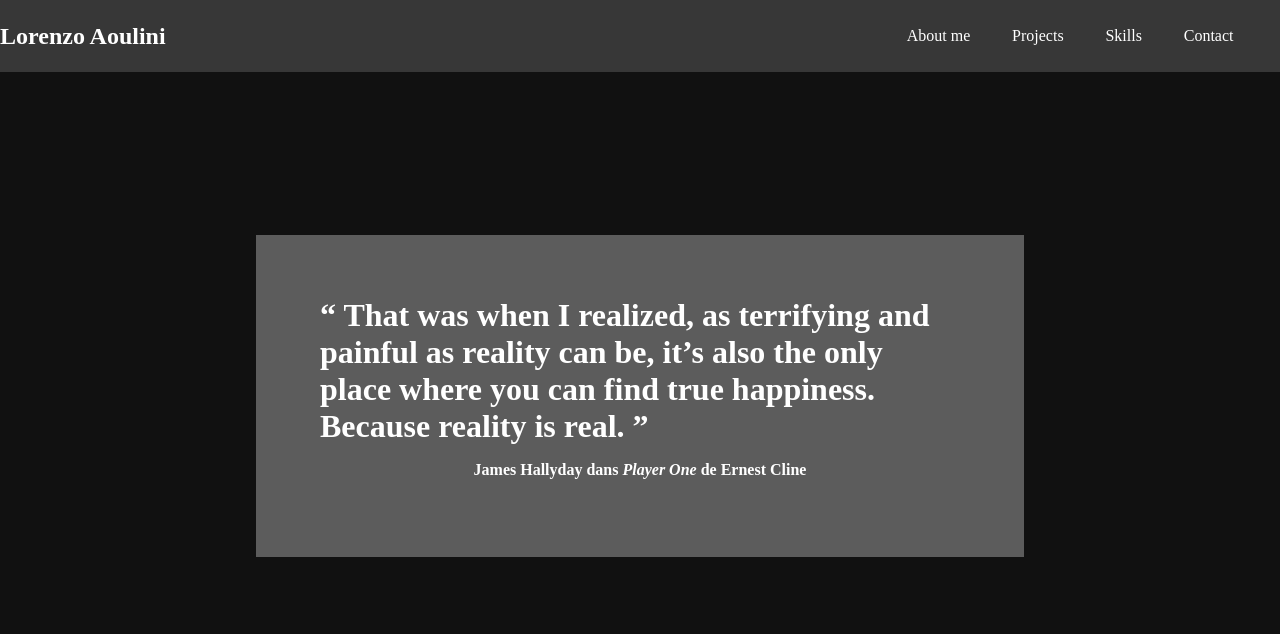
Repository: lolo298/lolo298.github.io
Page: index.html
These files come from the project's save history. The page is drawn as it stood at one moment and after the next save; the edit follows.
The browser window is 1280 px wide. The pictures show the whole page.

Above is the page before, as saved 2022-05-10 14:22:04.

### index.html
<!DOCTYPE html>
<html lang="en">

<head>
    <meta charset="UTF-8">
    <meta http-equiv="X-UA-Compatible" content="IE=edge">
    <meta name="viewport" content="width=device-width, initial-scale=1.0">
    <link rel="stylesheet" href="css/style.css">
    <script src="js/functions.js"></script>
    <title>Portfolio</title>
</head>

<body>
    <div class="main-container">
        <nav class="main-navbar">
            <h1>Lorenzo Aoulini</h1>
            <div class="main-navbar-list">
                <a class="main-navbar-item" href="#">
                    <div>Contact</div>
                </a>
                <a class="main-navbar-item" href="#">
                    <div>Skills</div>
                </a>
                <a class="main-navbar-item" href="#">
                    <div>Projects</div>
                </a>
                <a class="main-navbar-item" href="#">
                    <div>About me</div>
                </a>
            </div>

        </nav>
        <div class="landing">
            <div class="quote-container">
                <div class="quote-text">
                    <q>
                    That was when I realized, as terrifying and painful as reality can be, it’s also the only place where you can find true happiness. Because reality is real.
                </q>
                </div>
                <div class="author">
                    <span class="author-separation"></span>
                    <div class="author-content">
                        <p>
                            James Hallyday dans
                            <cite>Player One</cite> de Ernest Cline
                        </p>
                    </div>
                    <span class="author-separation"></span>
                </div>

            </div>
        </div>
    </div>

</body>

</html>

### css/style.css
    html {
        background-color: #111111;
    }

    body {
        padding: 0;
        margin: 0;
        width: 100vw;
        height: 100vh;
    }
    /*-------------------*/
    /* styling of navbar */
    /*-------------------*/

    .main-container {
        color: white;
        height: 100%;
        width: 100%;
    }

    .main-navbar {
        background-color: #373737;
        height: 10%;
        width: 100%;
        display: flex;
        justify-content: space-between;
        align-items: center;
    }

    .main-navbar>* {
        margin: 0;
    }

    .main-navbar>h1 {
        width: 20%;
    }

    .main-navbar-list {
        width: 100%;
        display: flex;
        flex-direction: row-reverse;
        align-items: center;
        list-style: none;
        margin-right: 2%;
        height: 100%;
    }

    .main-navbar-item {
        display: flex;
        align-items: center;
        justify-content: center;
        text-decoration: none;
        color: white;
        width: max-content;
        height: 100%;
        padding: 0% 2% 0% 2%;
    }

    .main-navbar-item:hover {
        background-color: #6A6A6A;
    }

    .main-navbar-item>div {
        width: max-content;
    }
    /*-------------------------*/
    /* styling of landing page */
    /*-------------------------*/

    .landing {
        height: 90%;
        width: 100%;
        display: flex;
        justify-content: center;
        align-items: center;
    }
    /*------------------*/
    /* styling of quote */
    /*------------------*/

    .quote-container {
        width: 50%;
        height: 30%;
        padding: 5%;
        margin: auto;
        display: flex;
        justify-content: center;
        align-items: center;
        flex-direction: column;
        background-color: rgba(196, 196, 196, 0.42);
    }

    .quote-text {
        font-size: 2em;
        font-weight: bold;
    }

    .author-content {
        font-size: 1em;
        font-weight: bold;
        text-align: center;
    }

    .author {
        width: 80%;
    }

    .author-separation {
        width: 100%;
        height: 100%;
        background-color: white;
    }

Loaded but not shown: js/functions.js (no copy from this time; the picture is the same without it)

After the next save:
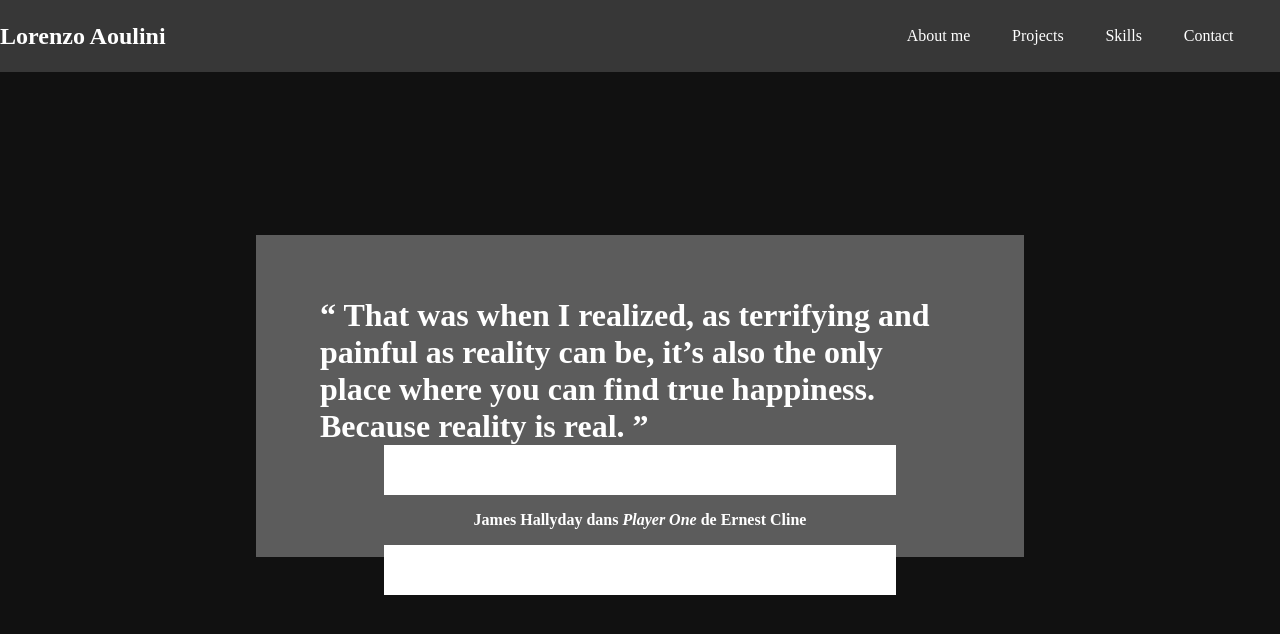
Saved 20 s later.
--- a/index.html
+++ b/index.html
@@ -38,14 +38,14 @@
                 </q>
                 </div>
                 <div class="author">
-                    <span class="author-separation"></span>
+                    <div class="author-separation"></div>
                     <div class="author-content">
                         <p>
                             James Hallyday dans
                             <cite>Player One</cite> de Ernest Cline
                         </p>
                     </div>
-                    <span class="author-separation"></span>
+                    <div class="author-separation"></div>
                 </div>
 
             </div>

After the save that followed:
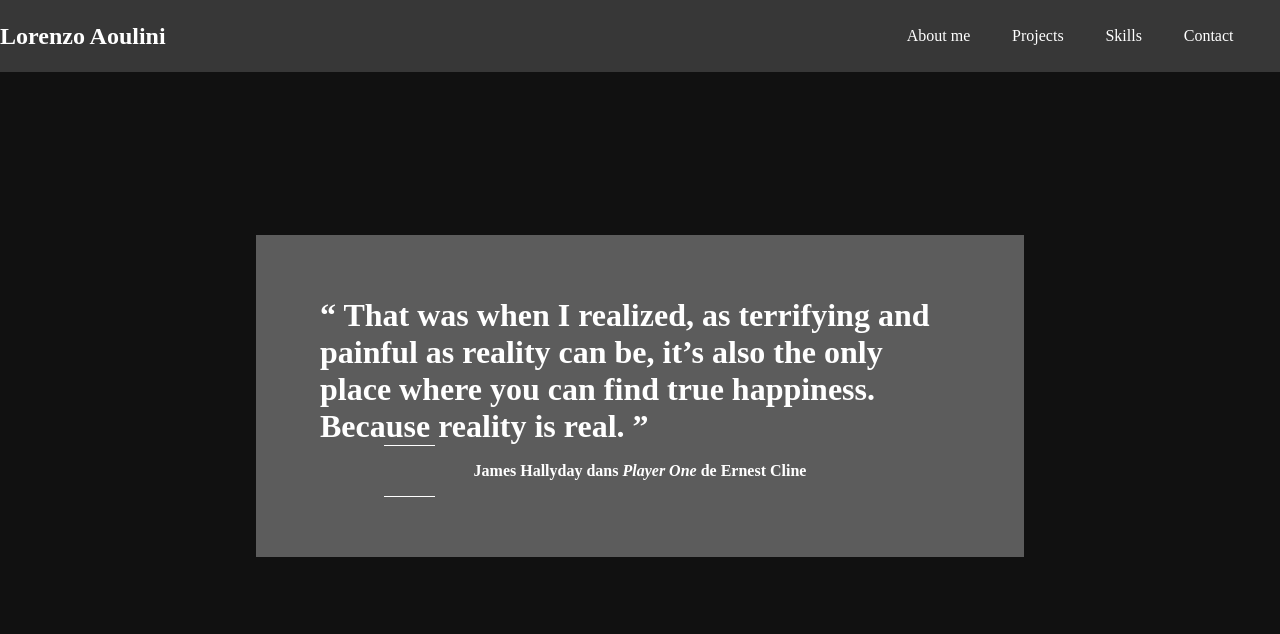
Saved 10 s later.
--- a/css/style.css
+++ b/css/style.css
@@ -106,7 +106,7 @@
     }
 
     .author-separation {
-        width: 100%;
-        height: 100%;
+        width: 10%;
+        height: 1%;
         background-color: white;
     }
